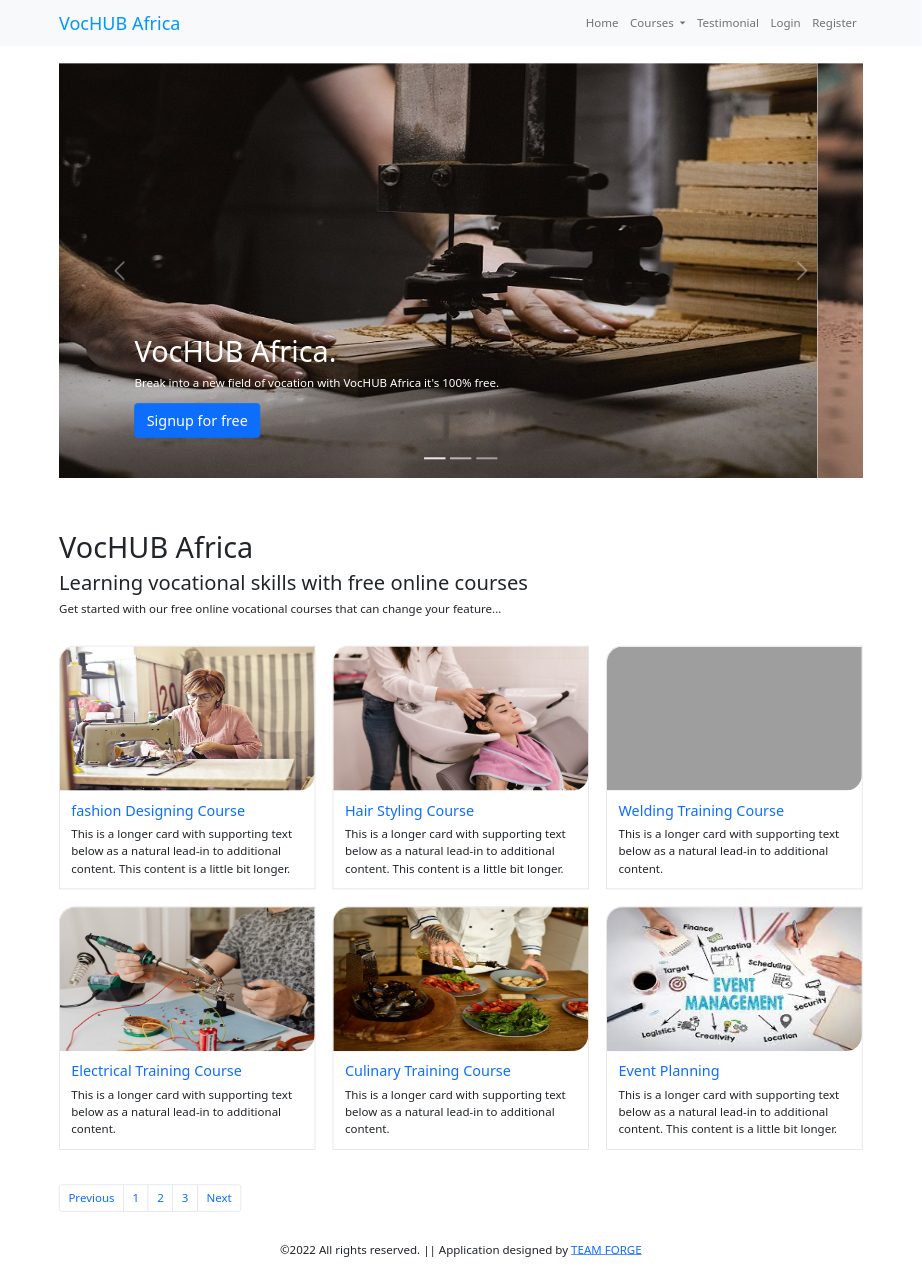
Repository: EKem01/VocHUB-Africa-Project
Page: / (app in client/)
The author's editor kept a copy of each file at every save. The page is drawn from the files as they stood at one save, then again after a run of saves.
The browser window is 1280 px wide. The pictures show the whole page, at 72% of full size.
Pictures or frames that could not be fetched are drawn as grey boxes. The project was rebuilt for these pictures with package versions that can differ from the ones it lists, and the page was loaded fresh each time. Also part of the build but not shown: client/angular.json, client/src/app/components/login/login.component.ts, client/src/app/components/register/register.component.ts, client/src/app/components/courses/fashion-designing/fashion-designing.component.ts, client/src/app/components/courses/hair-styling/hair-styling.component.ts, client/src/app/components/dashboard/dashboard.component.ts, client/src/app/components/logout/logout.component.ts, client/src/app/components/mentorship/mentorship.component.ts.

Above is the page before, as saved 2022-06-13 23:12:19.

After the next 4 saves:
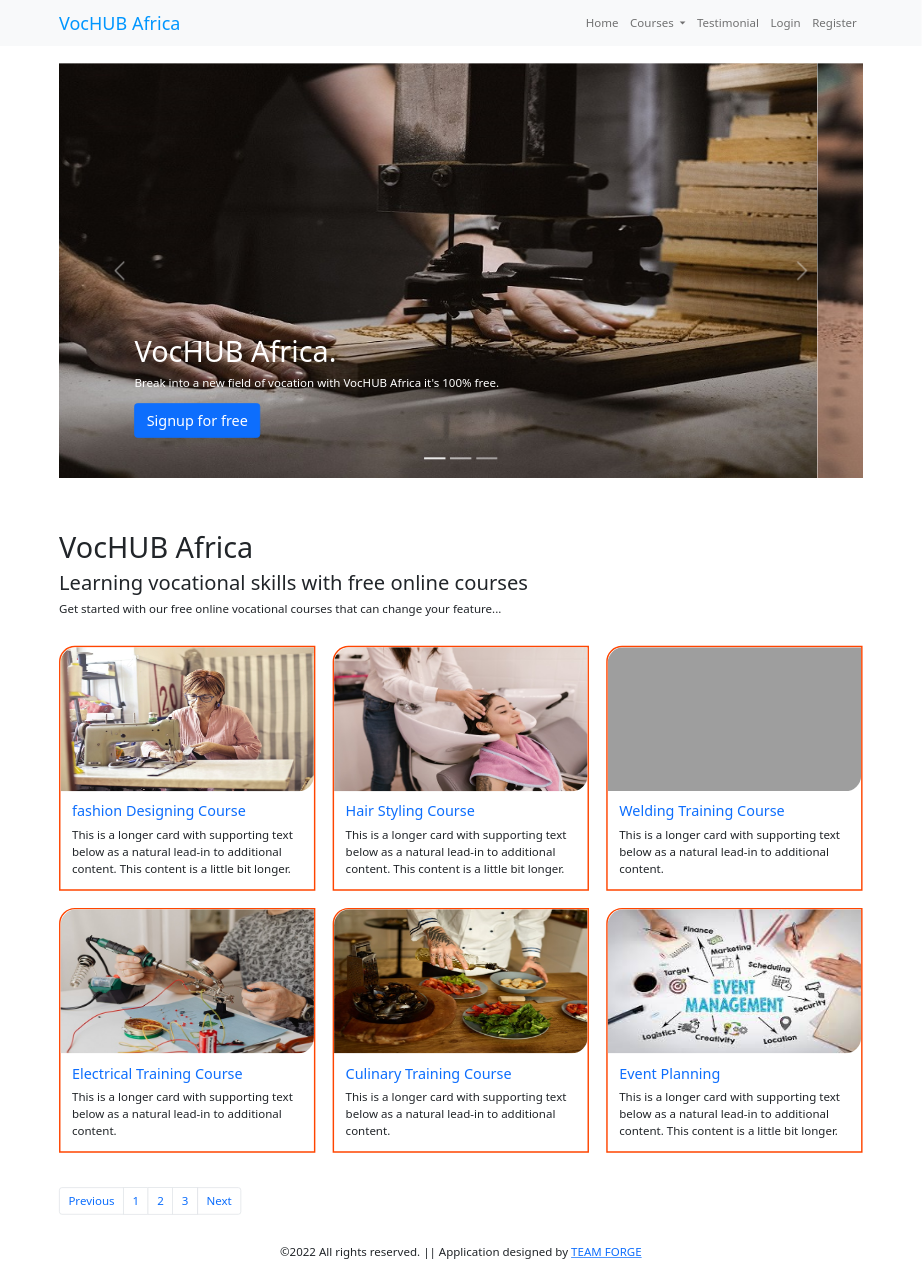
The 4 saves are shown as one change because they came seconds apart.
The last was saved 12 s later.
--- a/client/src/app/components/home/home.component.css
+++ b/client/src/app/components/home/home.component.css
@@ -4,7 +4,7 @@ img{
 }
 .card{
     border-radius: 22px 0px 0 0;
-    border: ;
+    border: 2px solid orangered;
 }
 .card img{
     height: 200px;
